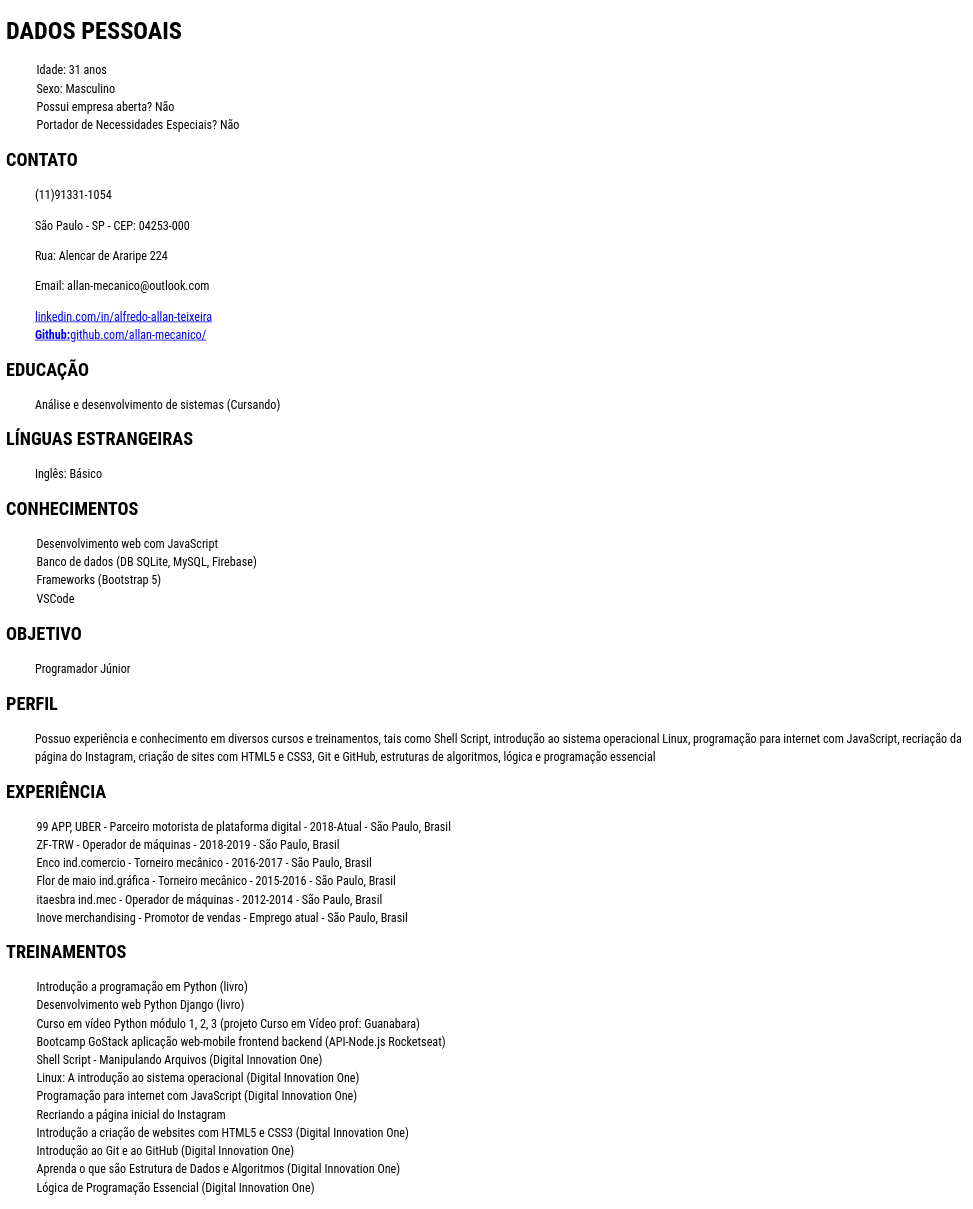
Repository: alfredo-allan/Portfolio
Page: curriculo.html
An editor plug-in stored every save of this project. The page is shown before and after the next save, followed by the edit.
The browser window is 1280 px wide. The pictures show the whole page, at 76% of full size.

Above is the page before, as saved 2024-03-20 15:11:40.

### curriculo.html
<!DOCTYPE html>
<html lang="pt-BR">

<head>
	<meta charset="UTF-8">
	<meta name="viewport" content="width=device-width, initial-scale=1.0">
	<link rel="stylesheet" href="./src/assets/styles/curriculo.css" />

	<title>Alfredo Allan Teixeira Sousa</title>
</head>

<body>

	<h1>DADOS PESSOAIS</h1>
	<ul>
		<li>Idade: 31 anos</li>
		<li>Sexo: Masculino</li>
		<li>Possui empresa aberta? Não</li>
		<li>Portador de Necessidades Especiais? Não</li>
	</ul>

	<h2>CONTATO</h2>
	<p>(11)91331-1054</p>
	<p>São Paulo - SP - CEP: 04253-000</p>
	<p>Rua: Alencar de Araripe 224</p>
	<p>Email: allan-mecanico@outlook.com</p>

	<a href="www.linkedin.com/in/alfredo-allan-teixeira-ba2701149/">linkedin.com/in/alfredo-allan-teixeira</a>
	<br>
	<a href="https://github.com/allan-mecanico/"><strong>Github:</strong>github.com/allan-mecanico/</a>

	<h2>EDUCAÇÃO</h2>
	<p>Análise e desenvolvimento de sistemas (Cursando)</p>

	<h2>LÍNGUAS ESTRANGEIRAS</h2>
	<p>Inglês: Básico</p>

	<h2>CONHECIMENTOS</h2>
	<ul>
		<li>Desenvolvimento web com JavaScript</li>
		<li>Banco de dados (DB SQLite, MySQL, Firebase)</li>
		<li>Frameworks (Bootstrap 5)</li>
		<li>VSCode</li>
	</ul>

	<h2>OBJETIVO</h2>
	<p>Programador Júnior</p>

	<h2>PERFIL</h2>
	<p>Possuo experiência e conhecimento em diversos cursos e treinamentos, tais como Shell Script, introdução ao sistema
		operacional Linux, programação para internet com JavaScript, recriação da página do Instagram, criação de sites com
		HTML5 e CSS3, Git e GitHub, estruturas de algoritmos, lógica e programação essencial</p>

	<h2>EXPERIÊNCIA</h2>
	<ul>
		<li>99 APP, UBER - Parceiro motorista de plataforma digital - 2018-Atual - São Paulo, Brasil</li>
		<li>ZF-TRW - Operador de máquinas - 2018-2019 - São Paulo, Brasil</li>
		<li>Enco ind.comercio - Torneiro mecânico - 2016-2017 - São Paulo, Brasil</li>
		<li>Flor de maio ind.gráfica - Torneiro mecânico - 2015-2016 - São Paulo, Brasil</li>
		<li>itaesbra ind.mec - Operador de máquinas - 2012-2014 - São Paulo, Brasil</li>
		<li>Inove merchandising - Promotor de vendas - Emprego atual - São Paulo, Brasil</li>
	</ul>

	<h2>TREINAMENTOS</h2>
	<ul>
		<li>Introdução a programação em Python (livro)</li>
		<li>Desenvolvimento web Python Django (livro)</li>
		<li>Curso em vídeo Python módulo 1, 2, 3 (projeto Curso em Vídeo prof: Guanabara)</li>
		<li>Bootcamp GoStack aplicação web-mobile frontend backend (API-Node.js Rocketseat)</li>
		<li>Shell Script - Manipulando Arquivos (Digital Innovation One)</li>
		<li>Linux: A introdução ao sistema operacional (Digital Innovation One)</li>
		<li>Programação para internet com JavaScript (Digital Innovation One)</li>
		<li>Recriando a página inicial do Instagram</li>
		<li>Introdução a criação de websites com HTML5 e CSS3 (Digital Innovation One)</li>
		<li>Introdução ao Git e ao GitHub (Digital Innovation One)</li>
		<li>Aprenda o que são Estrutura de Dados e Algoritmos (Digital Innovation One)</li>
		<li>Lógica de Programação Essencial (Digital Innovation One)</li>
	</ul>

</body>

</html>

### src/assets/styles/curriculo.css
:root {
	--roboto-condensed: "Roboto Condensed", sans-serif;

}

body {
	font-family: var(--roboto-condensed);
	ul {
		li{
				list-style: none;
				line-height: 1.5;
	}
}
	p {
		list-style: none;
		line-height: 1.5;
		margin-left: 3%;
	}
	a {
				margin-left: 3%;
				line-height: 1.5;
	}
}

After the next save:
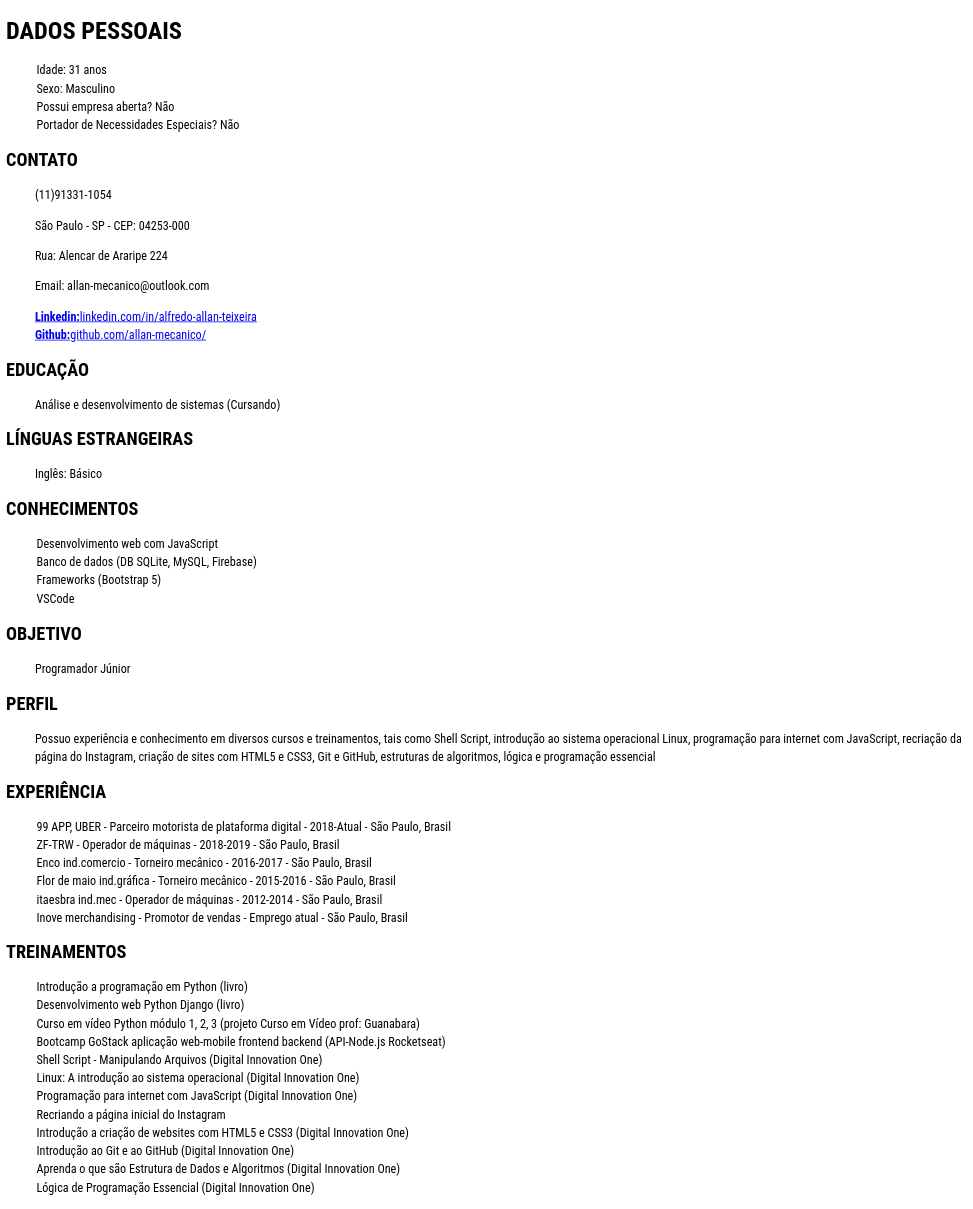
Saved 18 s later.
--- a/curriculo.html
+++ b/curriculo.html
@@ -25,7 +25,7 @@
 	<p>Rua: Alencar de Araripe 224</p>
 	<p>Email: allan-mecanico@outlook.com</p>
 
-	<a href="www.linkedin.com/in/alfredo-allan-teixeira-ba2701149/">linkedin.com/in/alfredo-allan-teixeira</a>
+	<a href="www.linkedin.com/in/alfredo-allan-teixeira-ba2701149/"><strong>Linkedin:</strong>linkedin.com/in/alfredo-allan-teixeira</a>
 	<br>
 	<a href="https://github.com/allan-mecanico/"><strong>Github:</strong>github.com/allan-mecanico/</a>
 

After the save that followed:
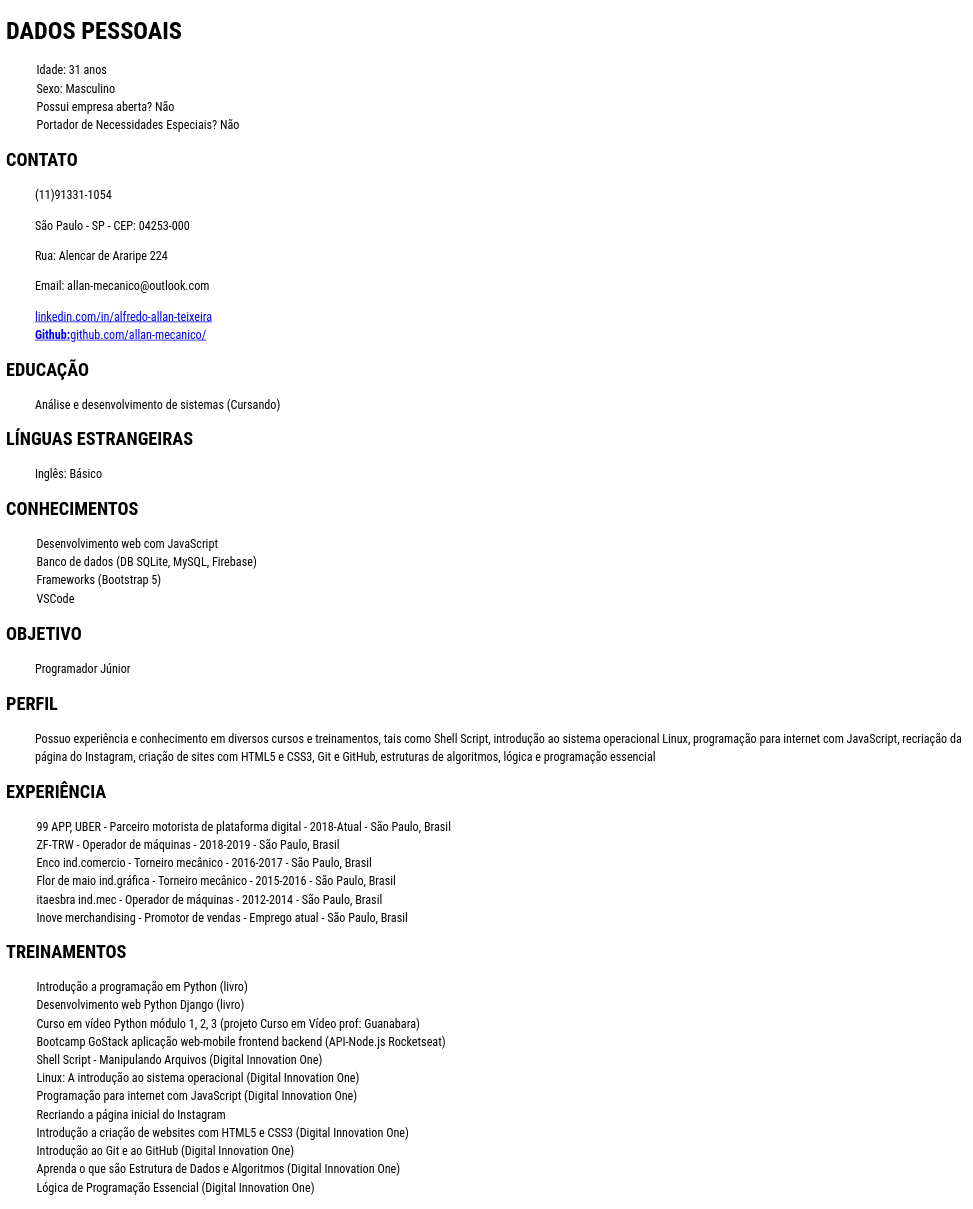
Saved 40 s later.
--- a/curriculo.html
+++ b/curriculo.html
@@ -25,7 +25,7 @@
 	<p>Rua: Alencar de Araripe 224</p>
 	<p>Email: allan-mecanico@outlook.com</p>
 
-	<a href="www.linkedin.com/in/alfredo-allan-teixeira-ba2701149/"><strong>Linkedin:</strong>linkedin.com/in/alfredo-allan-teixeira</a>
+	<a href="www.linkedin.com/in/alfredo-allan-teixeira-ba2701149/">linkedin.com/in/alfredo-allan-teixeira</a>
 	<br>
 	<a href="https://github.com/allan-mecanico/"><strong>Github:</strong>github.com/allan-mecanico/</a>
 
